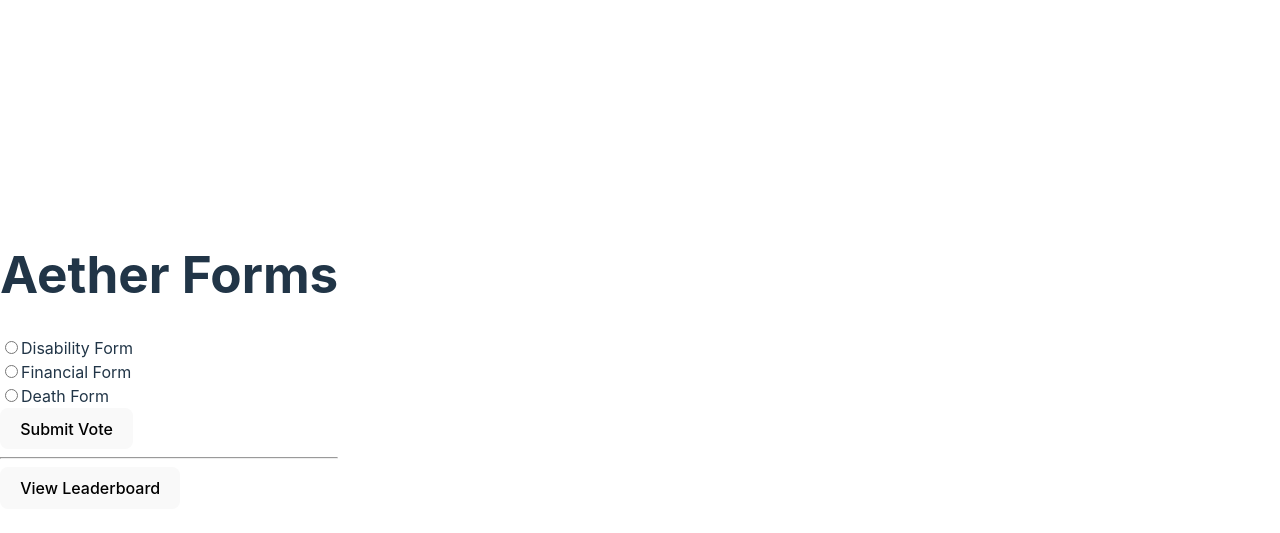
Repository: Jennica1/Aether-Top-Forms
Page: / (app in form-leaderboard-frontend/)
An editor plug-in stored every save of this project. The page is shown before and after a run of saves, followed by the edit.
The browser window is 1280 px wide. The pictures show the whole page.
The project was rebuilt for these pictures with package versions that can differ from the ones it lists, and the page was loaded fresh each time. Also part of the build but not shown: form-leaderboard-frontend/vite.config.js.

Above is the page before, as saved 2024-11-26 20:46:28.

### form-leaderboard-frontend/src/App.jsx
import React from "react";
import VotingForm from "./components/VotingForm";
import Leaderboard from "./components/Leaderboard";

function App() {
  return (
    <div>
      <h1>Aether Forms</h1>
      <VotingForm />
      <hr />
      <Leaderboard />
    </div>
  );
}

export default App;

### form-leaderboard-frontend/src/components/VotingForm.jsx
import React, { useState, useEffect } from "react";

const VotingForm = () => {
  const [formDescriptions, setFormDescriptions] = useState([]);
  const [formType, setFormType] = useState("");
  const [selectedDescription, setSelectedDescription] = useState("");

  // Load form descriptions from JSON
  useEffect(() => {
    import("../formDescriptions.json")
      .then((module) => {
        setFormDescriptions(module.default);
      })
      .catch((error) => {
        console.error("Failed to load form descriptions:", error);
      });
  }, []);

  // Handle form selection and display description
  const handleFormSelection = (form) => {
    setFormType(form);
    const description = formDescriptions.find((item) => item.formType === form)?.description;
    setSelectedDescription(description || "No description available.");
  };

  // Handle vote submission
  const handleVote = async (e) => {
    e.preventDefault();

    if (!formType) {
      alert("Please select a form!");
      return;
    }

    try {
      const response = await fetch("https://aether-top-forms-leaderboard.onrender.com//api/votes", {
        method: "POST",
        headers: {
          "Content-Type": "application/json",
        },
        body: JSON.stringify({ formType }),
      });

      if (response.ok) {
        alert(`Vote submitted for ${formType}`);
      } else {
        console.error("Error submitting vote:", response.statusText);
      }
    } catch (error) {
      console.error("Error submitting vote:", error);
    }
  };

  return (
    <div>
      <form onSubmit={handleVote}>
        {formDescriptions.map((form) => (
          <div key={form.formType}>
            <label>
              <input
                type="radio"
                name="form"
                value={form.formType}
                onChange={(e) => handleFormSelection(e.target.value)}
              />
              {form.formType}
            </label>
          </div>
        ))}
        <button type="submit">Submit Vote</button>
      </form>

      {selectedDescription && (
        <div>
          <h3>Form Description:</h3>
          <p>{selectedDescription}</p>
        </div>
      )}
    </div>
  );
};

export default VotingForm;

### form-leaderboard-frontend/src/components/Leaderboard.jsx
import React, { useState } from "react";
import axios from "axios";

const Leaderboard = () => {
  const [leaderboard, setLeaderboard] = useState([]);
  const [formDescriptions, setFormDescriptions] = useState({});
  const [showLeaderboard, setShowLeaderboard] = useState(false);

  const fetchLeaderboard = async () => {
    try {
      // Fetch leaderboard and descriptions
      const [leaderboardData, descriptionsData] = await Promise.all([
        axios.get("https://aether-top-forms-leaderboard.onrender.com/api/votes/leaderboard"),

      ]);
      setLeaderboard(leaderboardData.data);
      setShowLeaderboard(true); // Display leaderboard after fetching
    } catch (error) {
      console.error("Error fetching leaderboard or descriptions:", error);
    }
  };

  return (
    <div>
      <button onClick={fetchLeaderboard}>View Leaderboard</button>

      {showLeaderboard && (
        <ul>
          {leaderboard.map((entry) => (
            <li key={entry._id}>
              <strong>{entry._id}</strong>: {entry.count} votes
              <p>{formDescriptions[entry._id] || "No description available."}</p>
            </li>
          ))}
        </ul>
      )}
    </div>
  );
};

export default Leaderboard;

### form-leaderboard-frontend/src/formDescriptions.json
[
  {
    "formType": "Disability Form",
    "description": "A form for requesting accommodations or support for disabilities."
  },
  {
    "formType": "Financial Form",
    "description": "A form for financial aid or assistance requests."
  },
  {
    "formType": "Death Form",
    "description": "A form for processing claims related to death benefits."
  }
]

Loaded but not shown: form-leaderboard-frontend/index.html (common file); form-leaderboard-frontend/src/main.jsx (common file); form-leaderboard-frontend/src/index.css (common file)

After the next 2 saves:
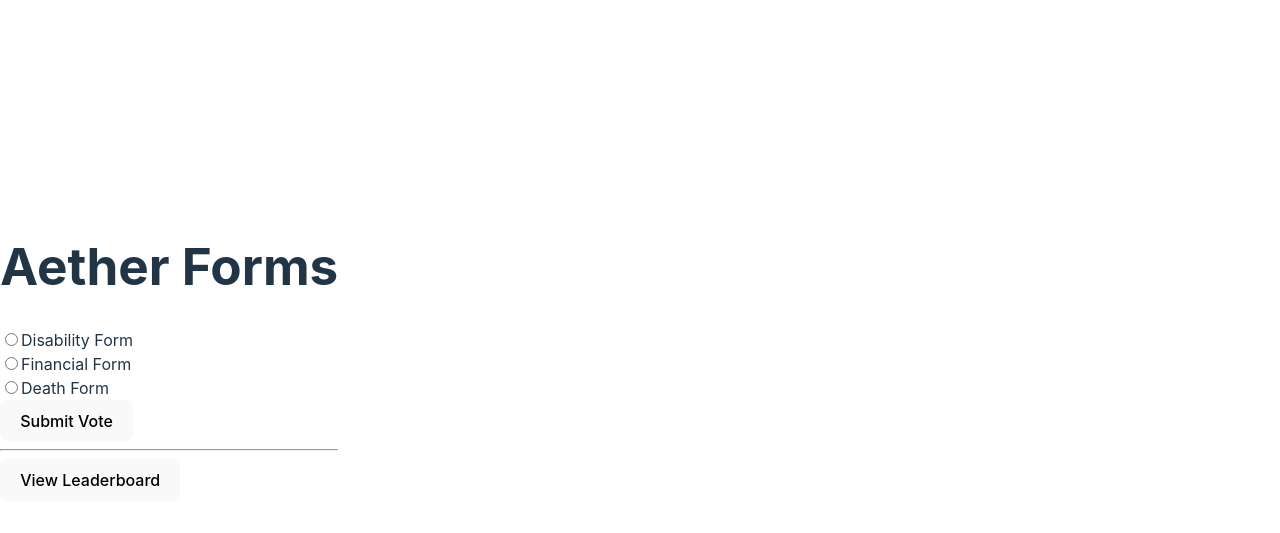
The 2 saves are shown as one change because they came seconds apart.
The last was saved 38 s later.
--- a/form-leaderboard-frontend/src/components/Leaderboard.jsx
+++ b/form-leaderboard-frontend/src/components/Leaderboard.jsx
@@ -3,37 +3,30 @@
 
 const Leaderboard = () => {
   const [leaderboard, setLeaderboard] = useState([]);
-  const [formDescriptions, setFormDescriptions] = useState({});
-  const [showLeaderboard, setShowLeaderboard] = useState(false);
+  const [error, setError] = useState(null);
 
   const fetchLeaderboard = async () => {
     try {
-      // Fetch leaderboard and descriptions
-      const [leaderboardData, descriptionsData] = await Promise.all([
-        axios.get("https://aether-top-forms-leaderboard.onrender.com/api/votes/leaderboard"),
-
-      ]);
-      setLeaderboard(leaderboardData.data);
-      setShowLeaderboard(true); // Display leaderboard after fetching
+      const { data } = await axios.get("https://aether-top-forms-leaderboard.onrender.com/api/votes/leaderboard");
+      setLeaderboard(data);
+      setError(null); // Clear previous errors
     } catch (error) {
       console.error("Error fetching leaderboard or descriptions:", error);
+      setError(error.message || "Something went wrong");
     }
   };
 
   return (
     <div>
       <button onClick={fetchLeaderboard}>View Leaderboard</button>
-
-      {showLeaderboard && (
-        <ul>
-          {leaderboard.map((entry) => (
-            <li key={entry._id}>
-              <strong>{entry._id}</strong>: {entry.count} votes
-              <p>{formDescriptions[entry._id] || "No description available."}</p>
-            </li>
-          ))}
-        </ul>
-      )}
+      {error && <p style={{ color: "red" }}>Error: {error}</p>}
+      <ul>
+        {leaderboard.map((entry) => (
+          <li key={entry._id}>
+            {entry._id}: {entry.count} votes
+          </li>
+        ))}
+      </ul>
     </div>
   );
 };

After the save that followed:
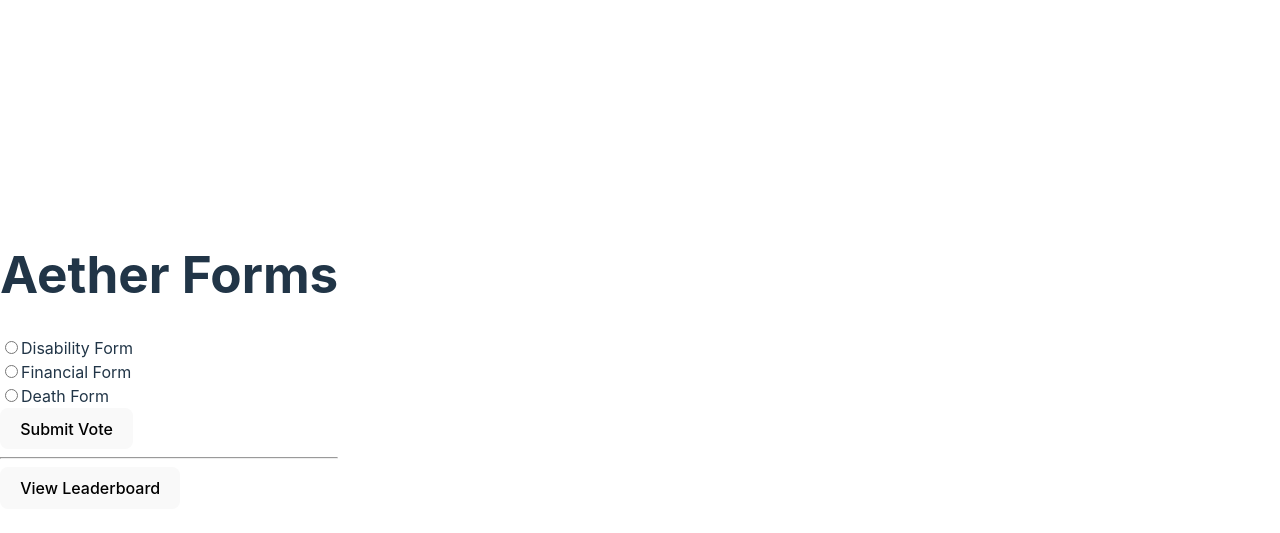
Saved 87 s later.
--- a/form-leaderboard-frontend/src/components/Leaderboard.jsx
+++ b/form-leaderboard-frontend/src/components/Leaderboard.jsx
@@ -3,30 +3,38 @@
 
 const Leaderboard = () => {
   const [leaderboard, setLeaderboard] = useState([]);
-  const [error, setError] = useState(null);
+  const [formDescriptions, setFormDescriptions] = useState({});
+  const [showLeaderboard, setShowLeaderboard] = useState(false);
 
   const fetchLeaderboard = async () => {
     try {
-      const { data } = await axios.get("https://aether-top-forms-leaderboard.onrender.com/api/votes/leaderboard");
-      setLeaderboard(data);
-      setError(null); // Clear previous errors
+      // Fetch leaderboard and descriptions
+      const [leaderboardData, descriptionsData] = await Promise.all([
+        axios.get("https://aether-top-forms-leaderboard.onrender.com/api/votes/leaderboard"),
+
+      ]);
+      setLeaderboard(leaderboardData.data);
+      setFormDescriptions(descriptionsData.data);
+      setShowLeaderboard(true); // Display leaderboard after fetching
     } catch (error) {
       console.error("Error fetching leaderboard or descriptions:", error);
-      setError(error.message || "Something went wrong");
     }
   };
 
   return (
     <div>
       <button onClick={fetchLeaderboard}>View Leaderboard</button>
-      {error && <p style={{ color: "red" }}>Error: {error}</p>}
-      <ul>
-        {leaderboard.map((entry) => (
-          <li key={entry._id}>
-            {entry._id}: {entry.count} votes
-          </li>
-        ))}
-      </ul>
+
+      {showLeaderboard && (
+        <ul>
+          {leaderboard.map((entry) => (
+            <li key={entry._id}>
+              <strong>{entry._id}</strong>: {entry.count} votes
+              <p>{formDescriptions[entry._id] || "No description available."}</p>
+            </li>
+          ))}
+        </ul>
+      )}
     </div>
   );
 };
